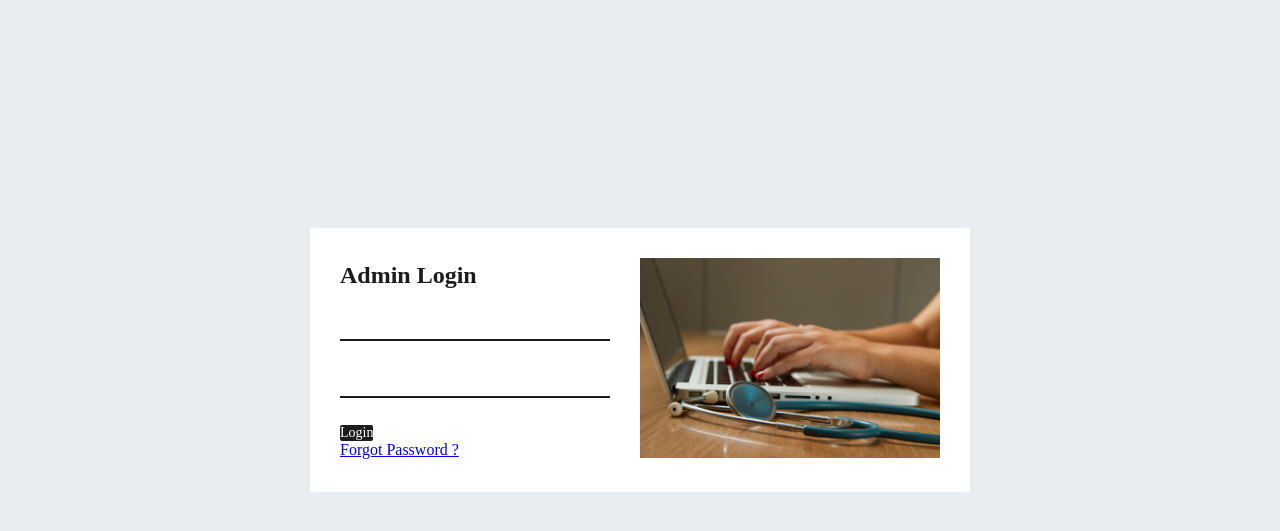
Repository: GauraVPandeyyy/Final-Neuro-dentica
Page: http://localhost/Admin-Panel/login.php
The author's editor kept a copy of each file at every save. The page is drawn from the files as they stood at one save, then again after the next save.
The browser window is 1280 px wide. The pictures show the whole page.
The page is run by PHP 8.4 with error messages shown; the project is at /var/www/html/.

Above is the page before, as saved 2024-11-10 19:21:41.

### Admin-Panel/login.php
<!DOCTYPE html>
<html lang="en">

<head>
    <meta charset="UTF-8">
    <title>Admin Login</title>
    <link rel="stylesheet" href="login.css">
</head>

<body>
    <div class="container">
        <div class="myForm">
            <h2>Admin Login</h2>
            <form method="POST">
                <!-- <label for="username">Username:</label> -->
                <input type="text" name="username" id="username" required>

                <!-- <label for="password">Password:</label> -->
                <input type="password" name="password" id="password" required>

                <button type="submit" name="login">Login</button>
            </form>
            <div class="extra">
                <a href="#">Forgot Password ?</a>
            </div>

        </div>
        <div class="image">
            <img src="DoctorImage.jpg" alt="" width="300px">
        </div>

    </div>
    <?php

    require("../config.php");

    if (isset($_POST['login'])) {


        $query = "SELECT * FROM `admin_users` WHERE `username` = '$_POST[username]' AND `password` = '$_POST[password]'";

        $result = mysqli_query($conn, $query);

        if (mysqli_num_rows($result) === 1) {
            session_start();
            $_SESSION['admin_logged_in'] = true;
            // $_SESSION['adminLoggedIn'] = $_POST['username'];
            header("Location: dashboard.php");
            exit();
        } else {
            echo "<script> alert('Incorrect Password');</script>";
        }
    }
    ?>

</body>

</html>

### config.php
<?php
$host = "localhost";
$user = "root";        // Default XAMPP username
$password = "";        // Default XAMPP password
$dbname = "mkappointmentdb"; // Your database name

$conn = new mysqli($host, $user, $password, $dbname);

if ($conn->connect_error) {
    die("Connection failed: " . $conn->connect_error);
}
?>

### Admin-Panel/login.css
*{
    padding: 0;
    margin: 0;
    box-sizing: border-box;
    font-family: poppins;
}
body{
    background-color: #e8edf2;
    /* display: flex;
    align-items: center;
    justify-content: center; */
}
.container{
    position: absolute;
    top: 50%;
    left: 50%;
    transform: translate(-50%,-50%);

    display: flex;
    align-items: center;
    flex-direction: row;

    background-color: #fff;
    padding: 30px;
}

div.container div.myForm{
    width: 270px;
    margin-right: 30px;
}
div.container div.myForm h2{
    color: #1c1c1c;
    margin-bottom: 20px;
}
div.container div.myForm input{
    border: none;
    outline: none;
    border-radius: 0;
    width: 100%;
    border-bottom: 2px solid #1c1c1c;
    margin-bottom: 25px;
    padding: 7px 0;
    font-size: 14px;
}

div.container div.myForm button{
    color: white;
    background-color: #1c1c1c;
    border:none;
    outline: none;
    border-radius: 2px;
    font-size: 14px;
    padding: ;
}

After the next save:
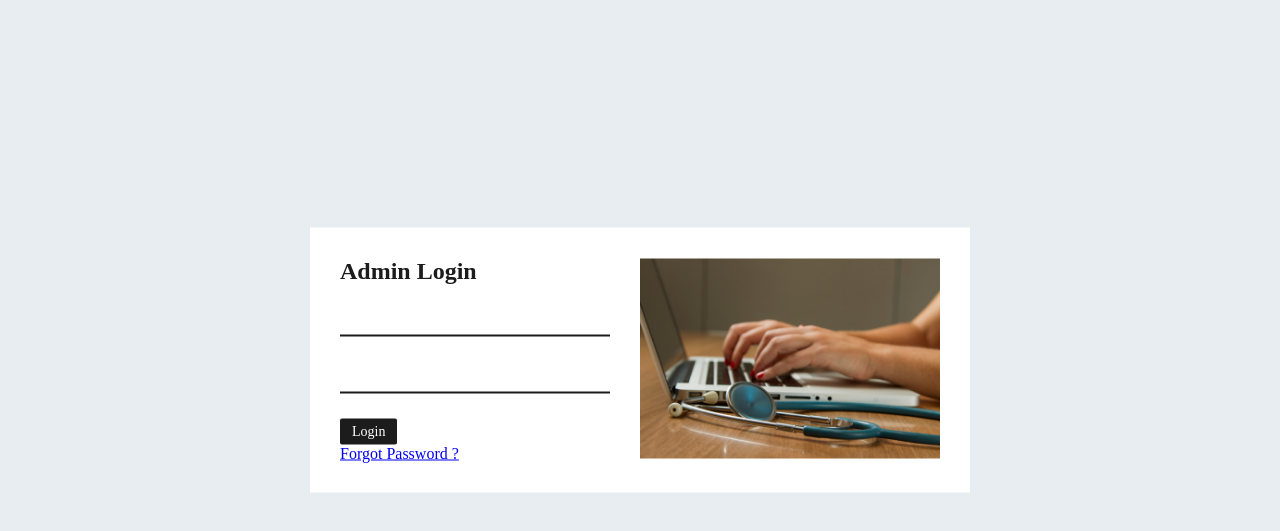
Saved 7 s later.
--- a/Admin-Panel/login.css
+++ b/Admin-Panel/login.css
@@ -50,5 +50,5 @@ div.container div.myForm button{
     outline: none;
     border-radius: 2px;
     font-size: 14px;
-    padding: ;
+    padding: 5px 12px;
 }
